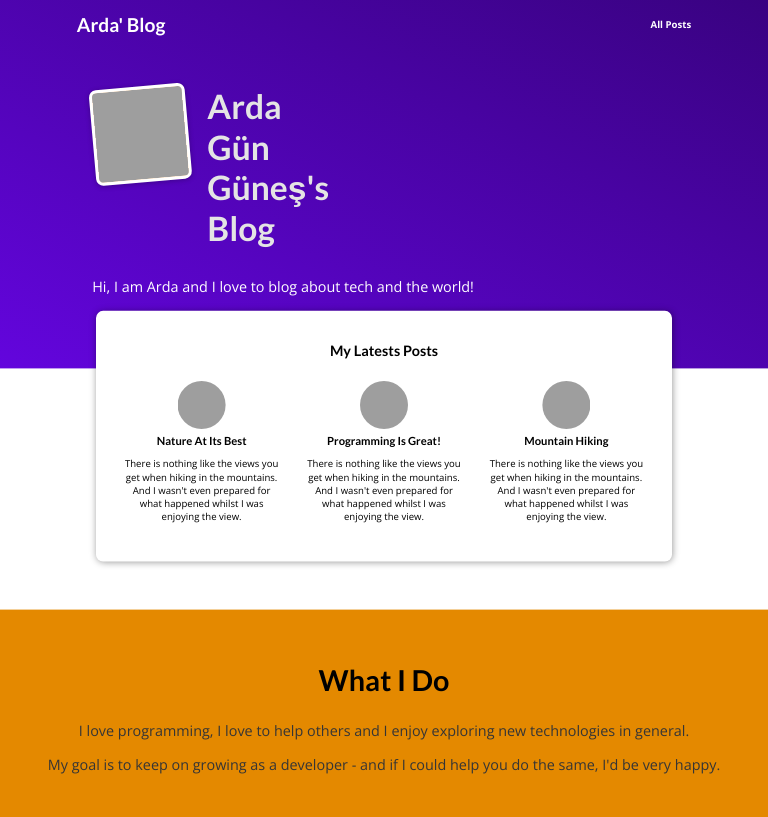
Repository: ardagungunes/my-blog
Page: http://localhost/
These files come from the project's save history. The page is drawn as it stood at one moment and after the next save; the edit follows.
The browser window is 1280 px wide. The pictures show the whole page, at 60% of full size.
Pictures or frames that could not be fetched are drawn as grey boxes. The page is served by the project's application, run on Django 5.2 (manage.py).

Above is the page before, as saved 2024-07-26 16:34:55.

After the next save:
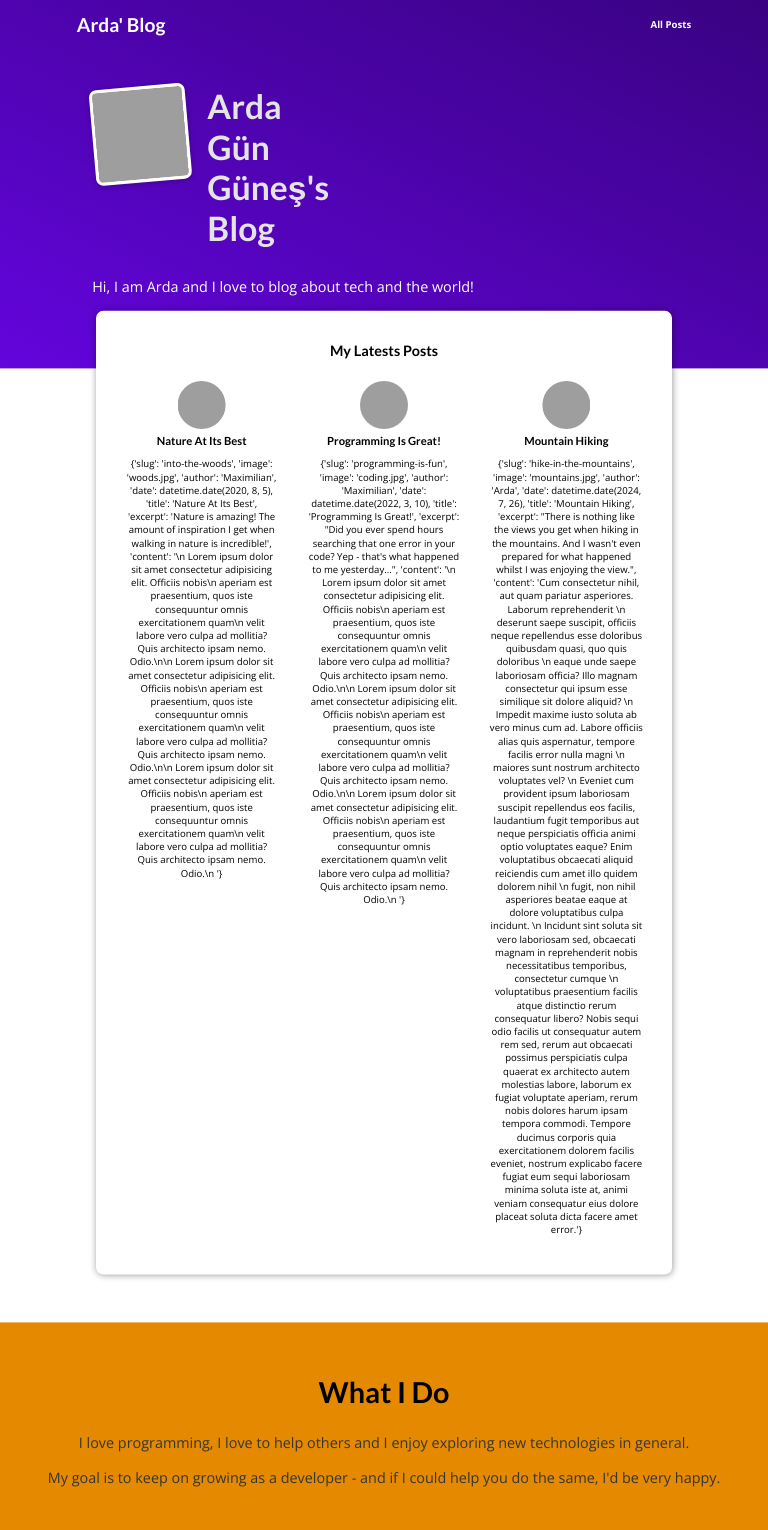
Saved 34 s later.
--- a/blog/templates/blog/includes/post.html
+++ b/blog/templates/blog/includes/post.html
@@ -6,8 +6,8 @@
             <img src="{%static "blog/images/{{post.image}}"%}" alt="{{post.title}}"/>
             <div class="post__content">
                 <h3> {{post.title}}</h3>
-                <p>There is nothing like the views you get when hiking in the mountains.
-                   And I wasn't even prepared for what happened whilst I was enjoying the view.
+                <p>
+                    {{post}}
                 </p>
             </div>
         </a>

After the save that followed:
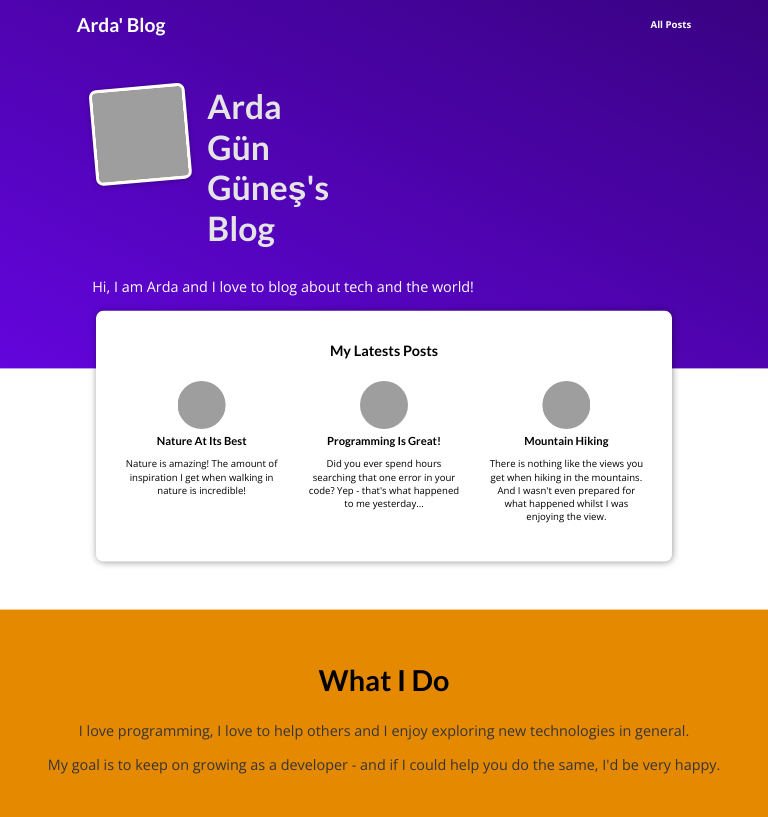
Saved 4 s later.
--- a/blog/templates/blog/includes/post.html
+++ b/blog/templates/blog/includes/post.html
@@ -7,7 +7,7 @@
             <div class="post__content">
                 <h3> {{post.title}}</h3>
                 <p>
-                    {{post}}
+                    {{post.excerpt}}
                 </p>
             </div>
         </a>
